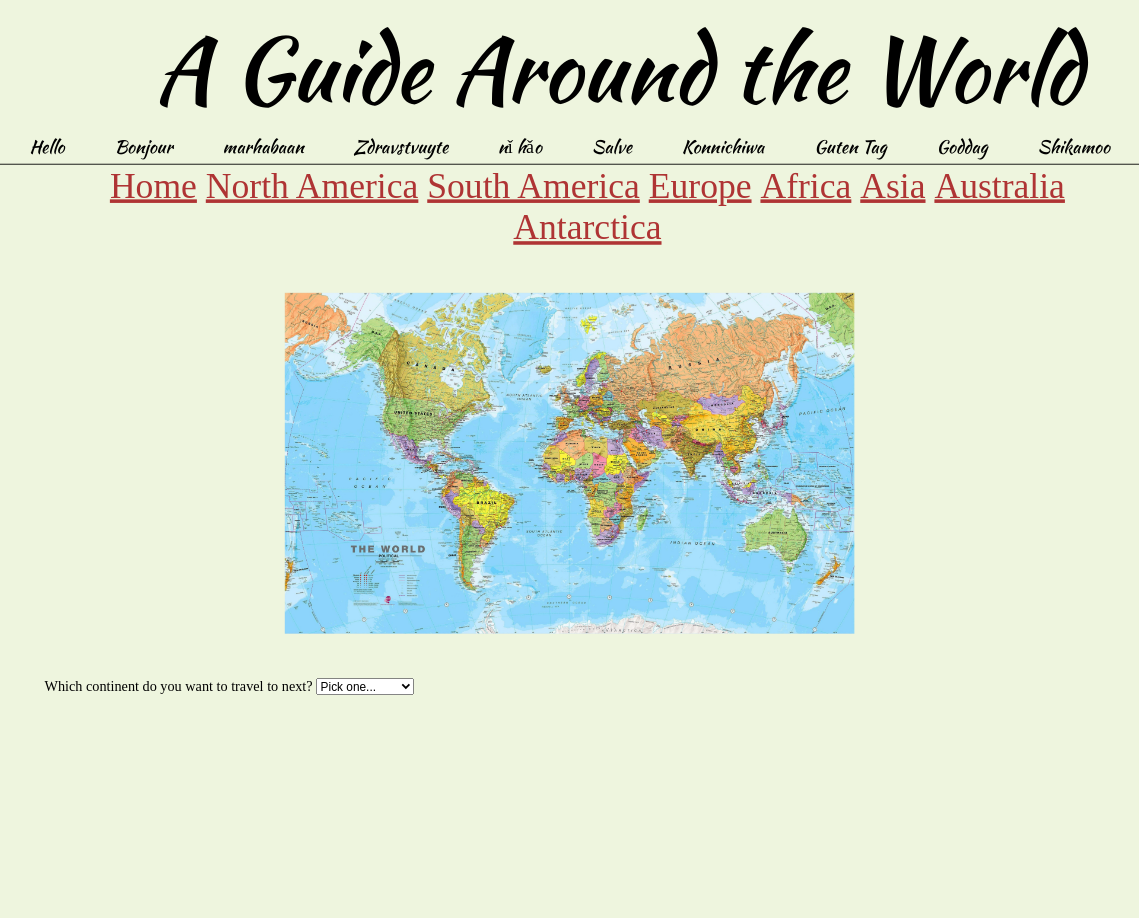
Repository: alharama/StaticWebsite
Page: index.html
These files come from the project's save history. The page is drawn as it stood at one moment and after the next save; the edit follows.
The browser window is 1280 px wide. The pictures show the whole page, at 89% of full size.

Above is the page before, as saved 2021-09-30 00:57:14.

### index.html
<!DOCTYPE html>
<html lang="en">
<head>

    <link rel = "stylesheet" type="text/css" href="StyleSheet.css">
    <link rel="icon" href="World.ico">

    <title> A Guide Around the World</title>

    <style>

        @import url('https://fonts.googleapis.com/css2?family=Kaushan+Script&display=swap');

        #worldmap {
            display: block;
            margin-left: auto;
            margin-right: auto;
            margin-top: 50px;
            width: 50%;

        }

        @keyframes slidein {
            0% {
                margin-left: 10px;
            }
            50% {
                margin-left: 200px;
            }
            100% {
                margin-right: 10px;
            }
        }

        @media screen and (max-width: 1024px) {
            header {
                width: 100%;
            }
        }
        @media screen and (max-width: 480px) {
            header {
                width: 100%;
            }
        }

        #home_title {
            animation-duration: 8s;
            animation-name: slidein;
            animation-iteration-count: infinite;
        }



    </style>

</head>

<body>
    <header>
        <div id="home_title">A Guide Around the World</div>


        <div id="languages">
            <span>Hello</span>
            <span>Bonjour</span>
            <span>marhabaan</span>
            <span>Zdravstvuyte</span>
            <span>nǐ hǎo</span>
            <span>Salve</span>
            <span>Konnichiwa</span>
            <span>Guten Tag</span>
            <span>Goddag</span>
            <span>Shikamoo</span>
        </div>
    </header>


        <nav class="top_nav">
            <ul id="top_nav">
                <li><a href="/index.html">Home</a></li>
                <li><a href="/na_page.html">North America</a></li>
                <li><a href="/sa_page.html">South America</a></li>
                <li><a href="/eu_page.html">Europe</a></li>
                <li><a href="/af_page.html">Africa</a></li>
                <li><a href="/as_page.html">Asia</a></li>
                <li><a href="/au_page.html">Australia</a></li>
                <li><a href="/ant_page.html">Antarctica</a></li>
            </ul>
        </nav>

        <img id="worldmap" src="images/world_map.jpeg" alt="Map of World">






        <div id="survey">

            Which continent do you want to travel to next?
            <select>
                <option>Pick one...</option>
                <option>North America</option>
                <option>South America</option>
                <option>Asia</option>
                <option>Africa</option>
                <option>Europe</option>
                <option>Australia</option>
                <option>Antarctica</option>
            </select>

        </div>



    </body>

</html>

### StyleSheet.css

 @import url('https://fonts.googleapis.com/css2?family=Kaushan+Script&display=swap');



 header {
    text-align: center;
    padding: 5px;
    font-family: 'Kaushan Script', cursive;
    font-size: 100px;
    border-bottom: 1px solid;

}

body{
    background: rgb(238, 245, 222);
    margin: 0px;
    padding-bottom: 200px;
}

.top_nav {
    width: 100%;
    font-size: 40px;
    text-align: center;
    color: red;

}

.top_nav ul {
    margin: 0px;
    color: blue;
}

.top_nav li {
    display: inline-block;

}

.top_nav a {
    text-decoration:underline;
    color: rgb(175, 52, 52);

}

.top_nav a:hover {
    background-color: lightgray;
}


#languages{

    display: flex;
    font-size: 20px;
    justify-content:space-around;
}



 h1 {
    text-align: center;
    font-family: 'Kaushan Script', cursive;
}

.tourist_spots {
    text-align: center;
}
.tourist_spots li {
    list-style: none;
    text-align: center;
    font-size: 50px;

}


#dest {
    width: 400px;
    height: 300px;
    padding: 50px;
}

#other_dest_header {
    font-size: 50px;
}
.extra_destinations li{
    font-size: 20px;
}

#survey {
    margin: 50px;
}

After the next save:
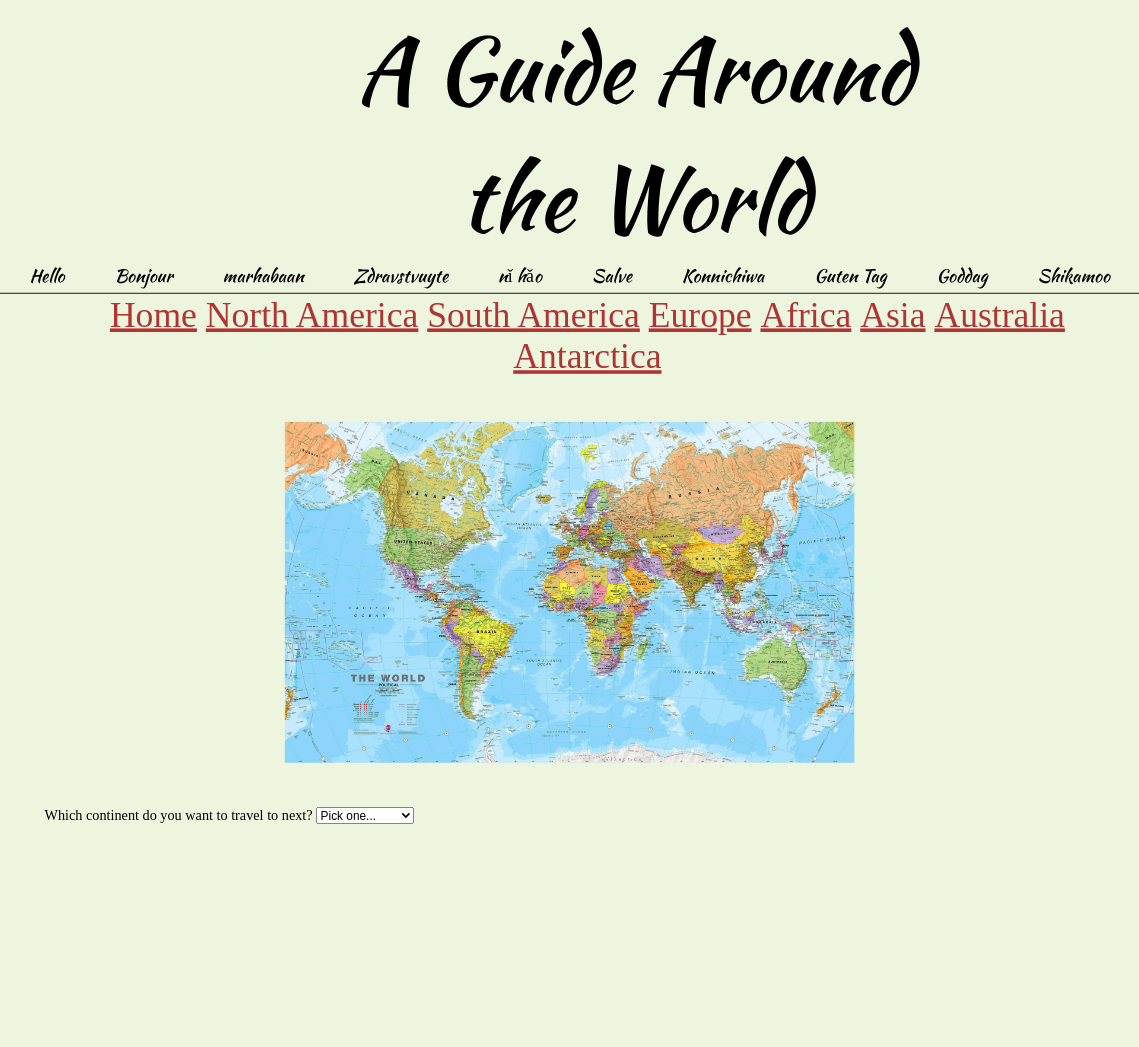
Saved 43 s later.
--- a/index.html
+++ b/index.html
@@ -22,13 +22,13 @@
 
         @keyframes slidein {
             0% {
-                margin-left: 10px;
+                margin-left: 20%;
             }
             50% {
-                margin-left: 200px;
+                margin-left: 50%;
             }
             100% {
-                margin-right: 10px;
+                margin-right: 20%;
             }
         }
 
